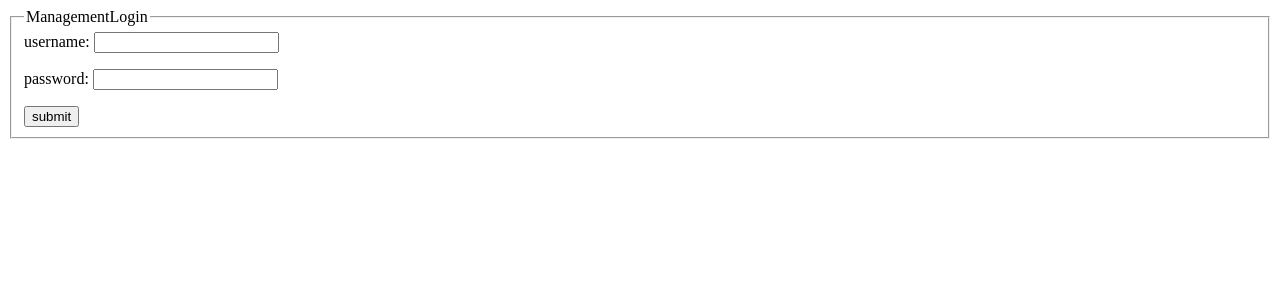
Repository: JanapatlaManojReddy/java
Page: http://localhost/institutionProject/ManagementLogin.jsp
These files come from the project's save history. The page is drawn as it stood at one moment and after the next save; the edit follows.
The browser window is 1280 px wide. The pictures show the whole page.
The page is served by Tomcat 9.

Above is the page before, as saved 2023-08-20 15:05:32.

After the next save:
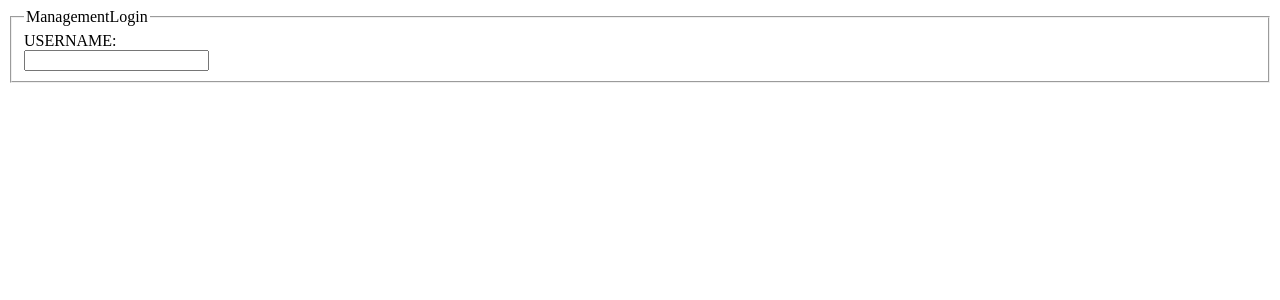
Saved 2 h 17 min later.
--- a/institutionProject/src/main/webapp/ManagementLogin.jsp
+++ b/institutionProject/src/main/webapp/ManagementLogin.jsp
@@ -6,6 +6,12 @@
 <style>
 p{
 diplay:block;
+}
+.container #user_error,
+.container #pass_error{
+color:red;
+display:none;
+
 }
 
 </style>
@@ -17,15 +23,16 @@ diplay:block;
 <form  name="myform" action="ManagerServlet" onsubmit="return validation()" method="post">
 <fieldSet>
 <legend>ManagementLogin</legend>
-<lable for="username">username:</lable>
+<div class="container">
+<div id="usname">USERNAME:</div>
 <input type="text" name="username">
-<p id="user" style="color:red;"><p>
-<lable for="password">password:</lable>
+<div id="user_error" ><div>
+<div id="psword">password:</div>
 <input type="password" name="password">
-<p id="pass" style="color:red;"></p>
+<div id="pass_error" ></div>
 <input type="submit" value="submit">
 
-
+</div>
 </fieldSet>
 </form>
 
